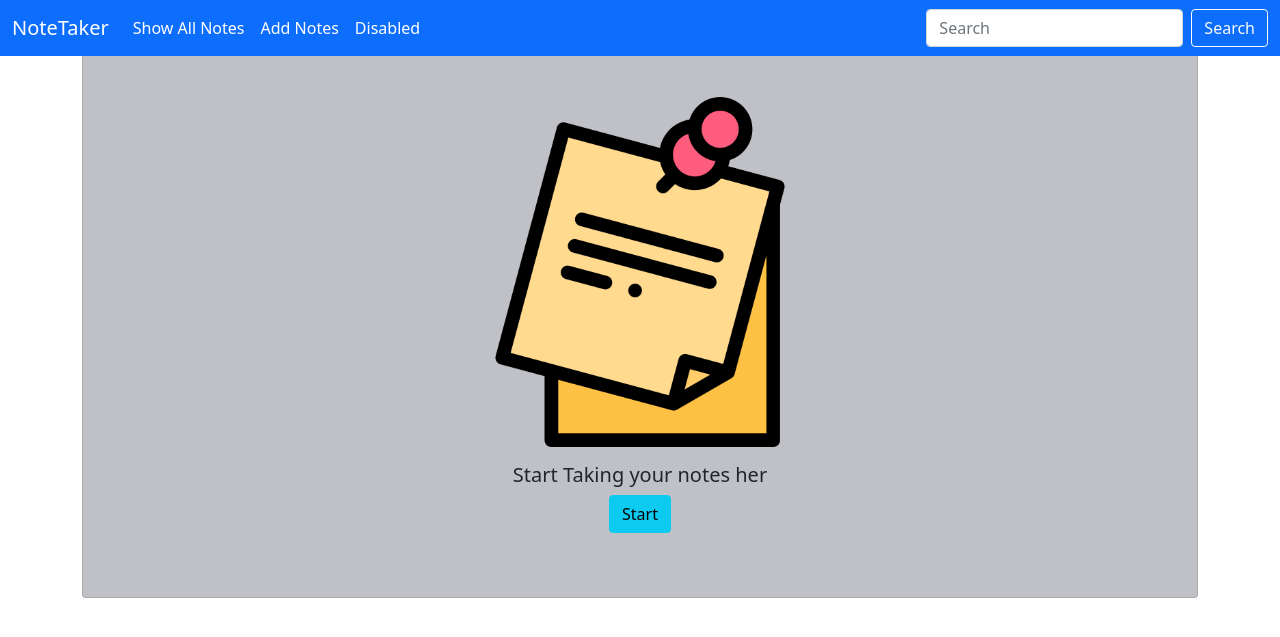
Repository: Shubham-Kumar-cmd/Hibernate
Page: http://localhost/NoteTakerApp/
These files come from the project's save history. The page is drawn as it stood at one moment and after the next save; the edit follows.
The browser window is 1280 px wide. The pictures show the whole page.
The page is served by Tomcat 9.

Above is the page before, as saved 2023-02-08 08:54:29.

After the next save:
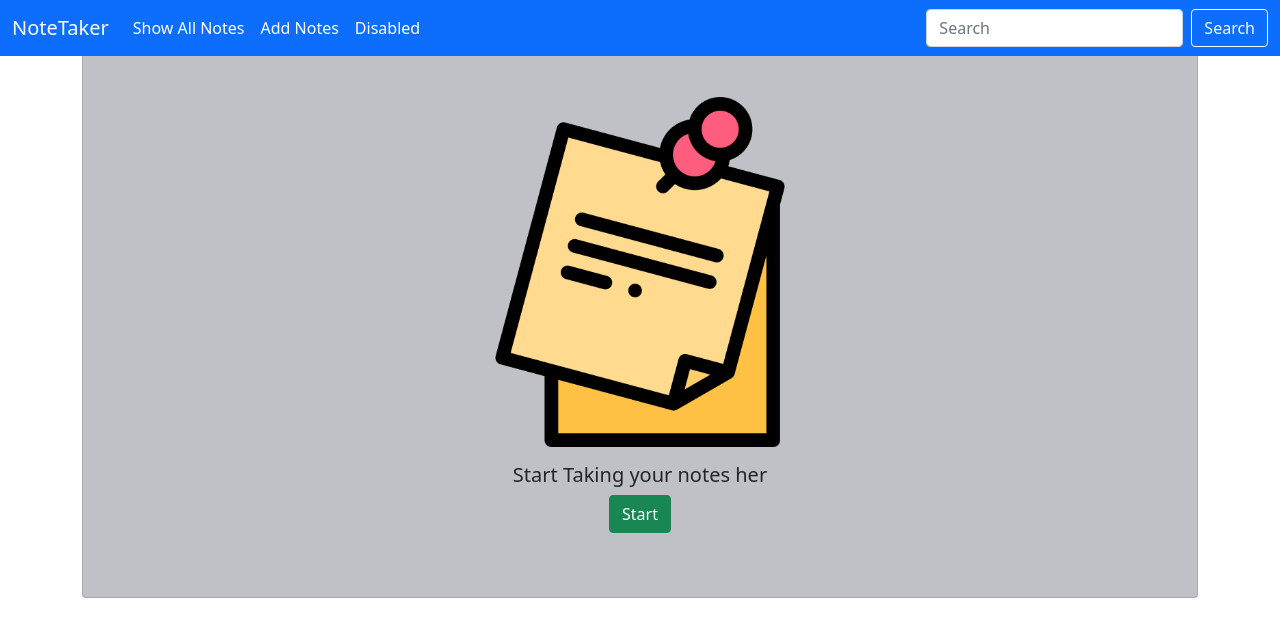
Saved 12 s later.
--- a/NoteTakerApp/src/main/webapp/index.jsp
+++ b/NoteTakerApp/src/main/webapp/index.jsp
@@ -19,7 +19,7 @@
 		  <img src="img/sticky-notes.png" style="max-width: 350px;" class="img-fluid mx-auto" alt="...">
 		  <div class="card-body">
 		    <h5 class="card-title">Start Taking your notes her</h5>
-		    <a href="addNotes.jsp" class="btn btn-info">Start</a>
+		    <a href="addNotes.jsp" class="btn btn-success">Start</a>
 		  </div>
 		</div>
 	</div>
